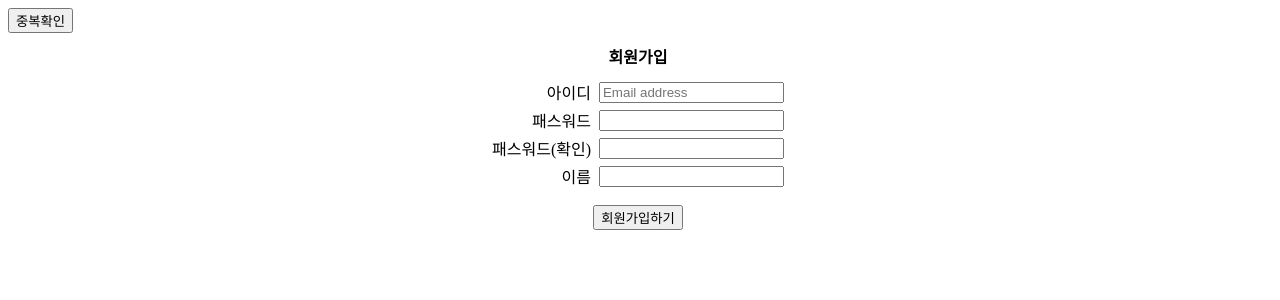
Repository: duke1327/jsp_2-1
Page: http://localhost/Hello2/signupForm.jsp
These files come from the project's save history. The page is drawn as it stood at one moment and after the next save; the edit follows.
The browser window is 1280 px wide. The pictures show the whole page.
The page is served by Tomcat 9. Other server files are loaded and not shown.

Above is the page before, as saved 2023-11-22 07:38:39.

### Hello2/src/main/webapp/signupForm.jsp
<%@ page language="java" contentType="text/html; charset=UTF-8"
    pageEncoding="UTF-8"%>
<!DOCTYPE html>
<html>
<head>
<meta charset="UTF-8">
<title>Insert title here</title>
</head>
<script type="text/javascript">
	function id_check(id) {
		if (id=="") {
			alert ("ID를 입력하세요");
			return;
		}
		url = "confirmID.jsp?id"+id;
		window.open(url, "confirm", "width=300, height=200");
	}
</script>
<body>
<form action="signup.jsp" method="post">
<table align=center>
<tr><td colspan=2 align=center height=40><b>회원가입</b><td></tr>
<tr>
    <td align=right>아이디&nbsp;</td>
    <td><input type="text" name="id" placeholder="Email address" required></td>
</tr>
<input type="button" value="중복확인" onclick="id_check(id)"/>
<tr>
    <td align=right>패스워드&nbsp;</td>
    <td><input type="password" name="ps" required></td>
</tr>
<tr>
    <td align=right>패스워드(확인)&nbsp;</td>
    <td><input type="password" name="ps2" required></td>
</tr>
<tr>
    <td align=right>이름&nbsp;</td>
    <td><input type="text" name="name" required></td>
</tr>
<tr>
    <td colspan=2 align=center height=50>
        <input type="submit" value="회원가입하기">
    </td>
</tr>
</table>
</form>
</body>
</html>

After the next save:
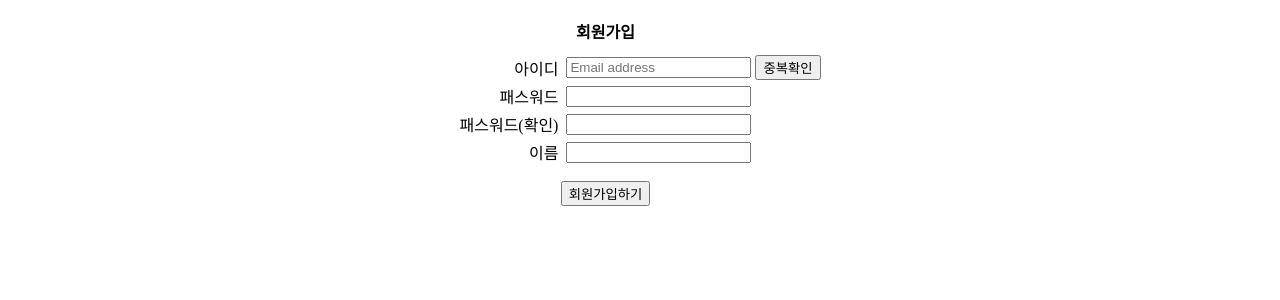
Saved 41 s later.
--- a/Hello2/src/main/webapp/signupForm.jsp
+++ b/Hello2/src/main/webapp/signupForm.jsp
@@ -23,8 +23,8 @@
 <tr>
     <td align=right>아이디&nbsp;</td>
     <td><input type="text" name="id" placeholder="Email address" required></td>
+    <td><input type="button" value="중복확인" onclick="id_check(id)"/></td>
 </tr>
-<input type="button" value="중복확인" onclick="id_check(id)"/>
 <tr>
     <td align=right>패스워드&nbsp;</td>
     <td><input type="password" name="ps" required></td>
